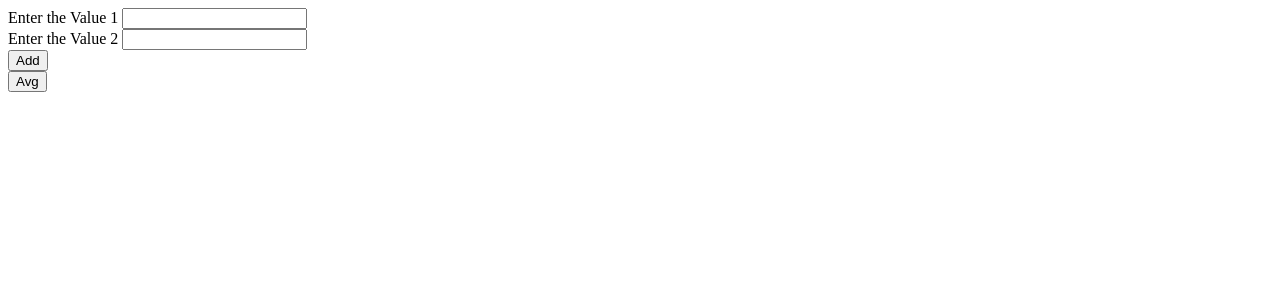
Repository: SwapnilKature25/Servlet_App
Page: 02_Servlet_App2/src/main/webapp/input.html
An editor plug-in stored every save of this project. The page is shown before and after the next save, followed by the edit.
The browser window is 1280 px wide. The pictures show the whole page.

Above is the page before, as saved 2025-03-01 18:49:41.

After the next save:
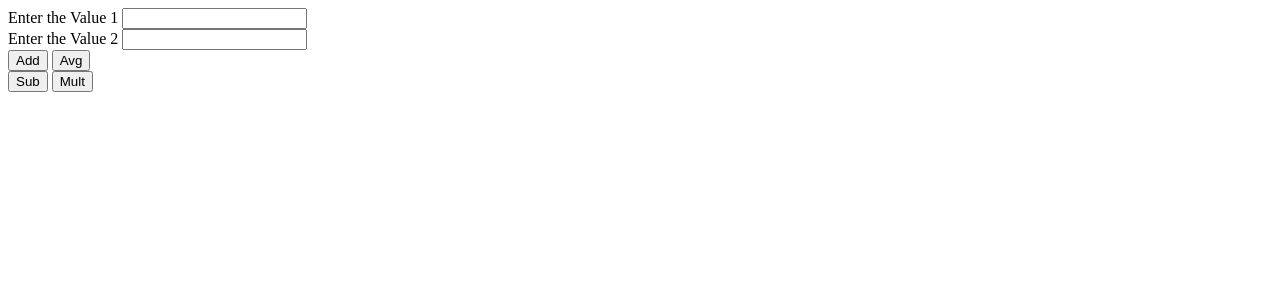
Saved 11 h 10 min later.
--- a/02_Servlet_App2/src/main/webapp/input.html
+++ b/02_Servlet_App2/src/main/webapp/input.html
@@ -8,8 +8,10 @@
 	<form action="choice" method="post">
 	Enter the Value 1 <input type="number" name="v1"> <br>
 	Enter the Value 2 <input type="number" name="v2"> <br>
-	<button type="submit"  value="Add" name="sb" >Add</button> <br>
-	<button type="submit"  value="Avg" name="sb" >Avg</button>
+	<button type="submit"  value="Add" name="sb" >Add</button>
+	<button type="submit"  value="Avg" name="sb" >Avg</button> <br>
+	<button type="submit"  value="Sub" name="sb" >Sub</button>
+	<button type="submit"  value="Mult" name="sb" >Mult</button>
 	</form>
 </body>
 </html>
